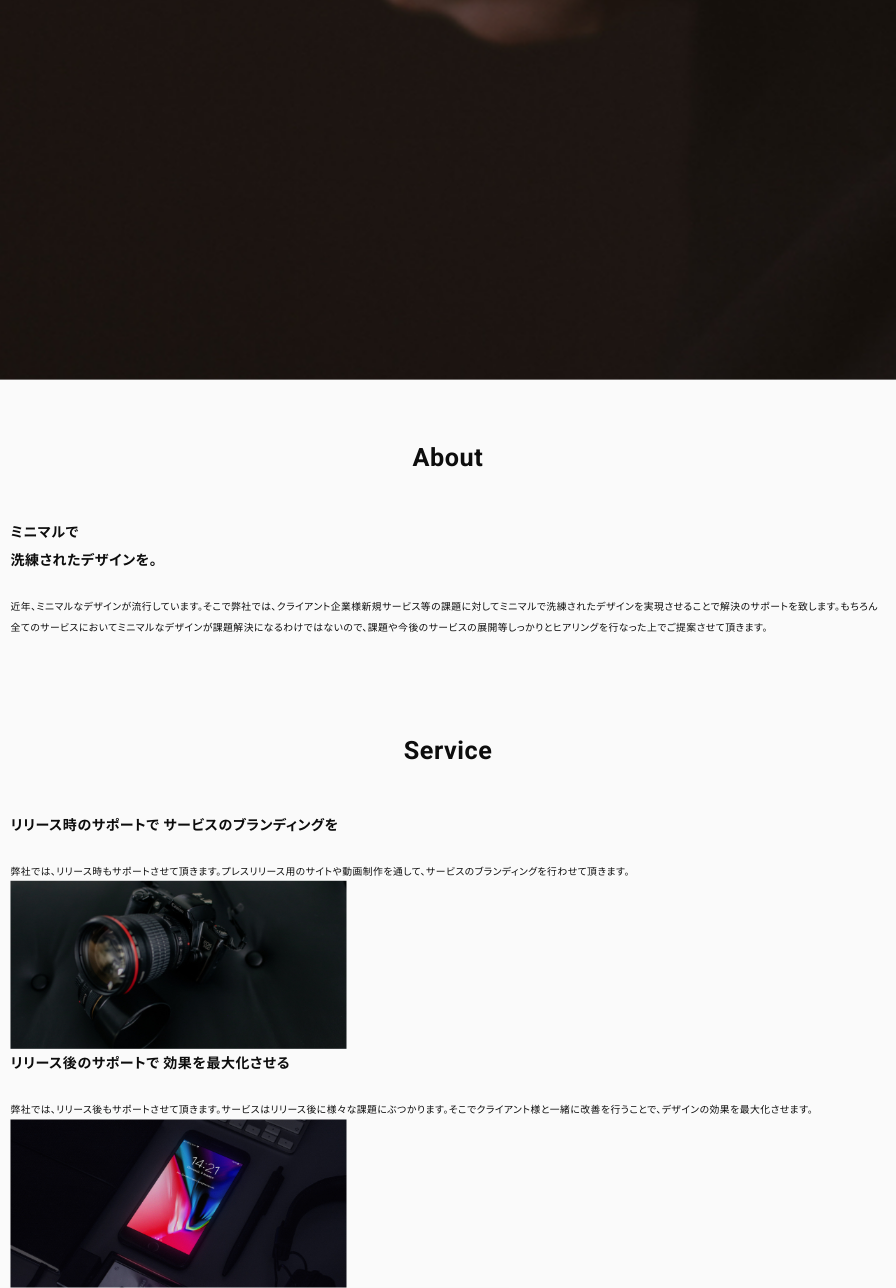
Repository: hatarakimono-kumasan/kurisuta_1st
Page: index.html
The author's editor kept a copy of each file at every save. The page is drawn from the files as they stood at one save, then again after the next save.
The browser window is 1280 px wide. The pictures show the part of the page from y = 1545 to 3465 px (the page is 3385 px tall before and 3465 px after), at 70% of full size.
Some web libraries are served in a nearby version. The style sheet was rebuilt from its Sass, Less or Tailwind sources for each picture, by a compiler version that may differ from the author's.

Above is the page before, as saved 2020-05-15 08:44:43.

After the next save:
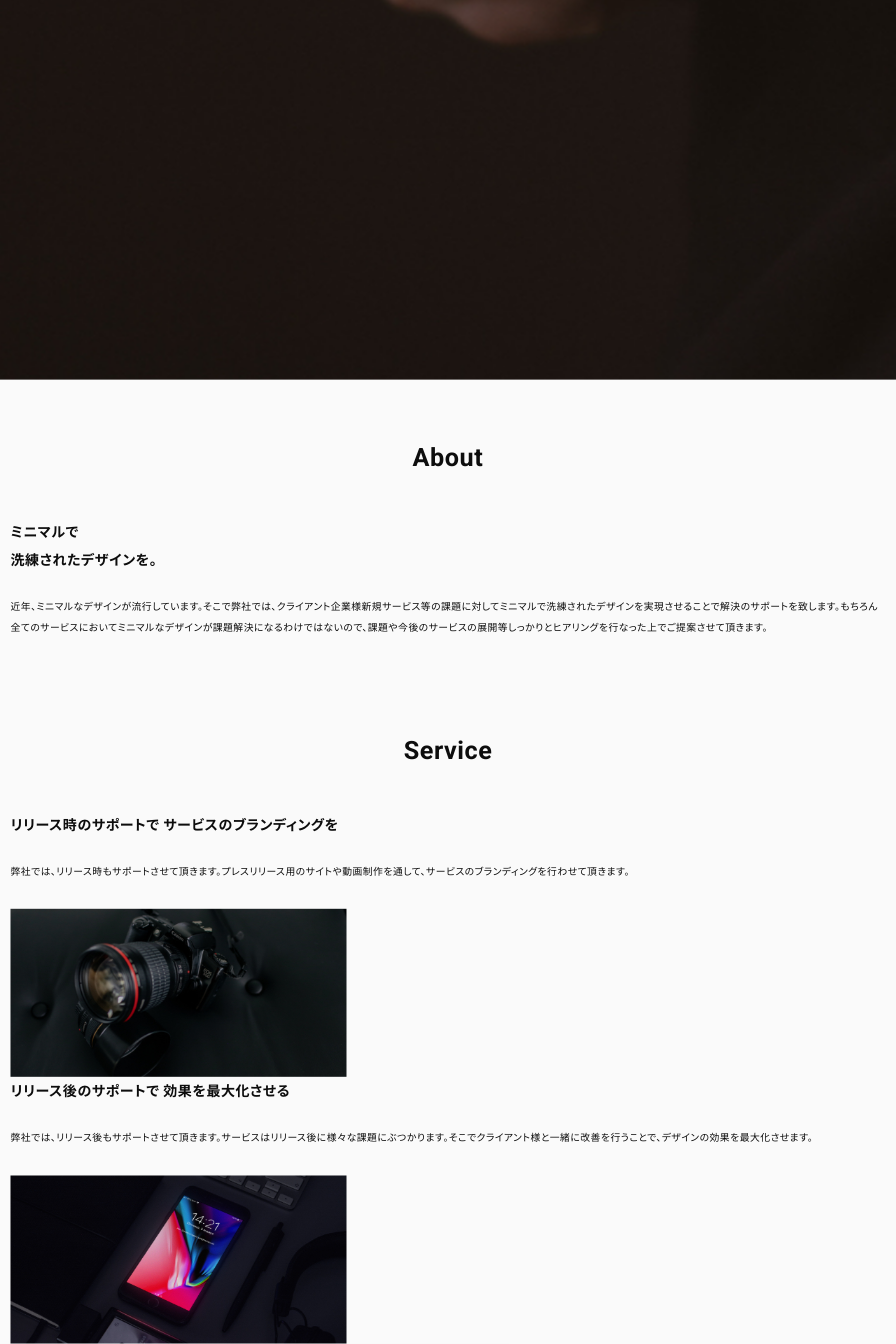
Saved 45 s later.
--- a/scss/layout/_main.scss
+++ b/scss/layout/_main.scss
@@ -55,3 +55,8 @@ about
 /*=============================================
 service
 ===============================================*/
+.service {
+	img {
+		margin-top: 4rem;
+	}
+}
